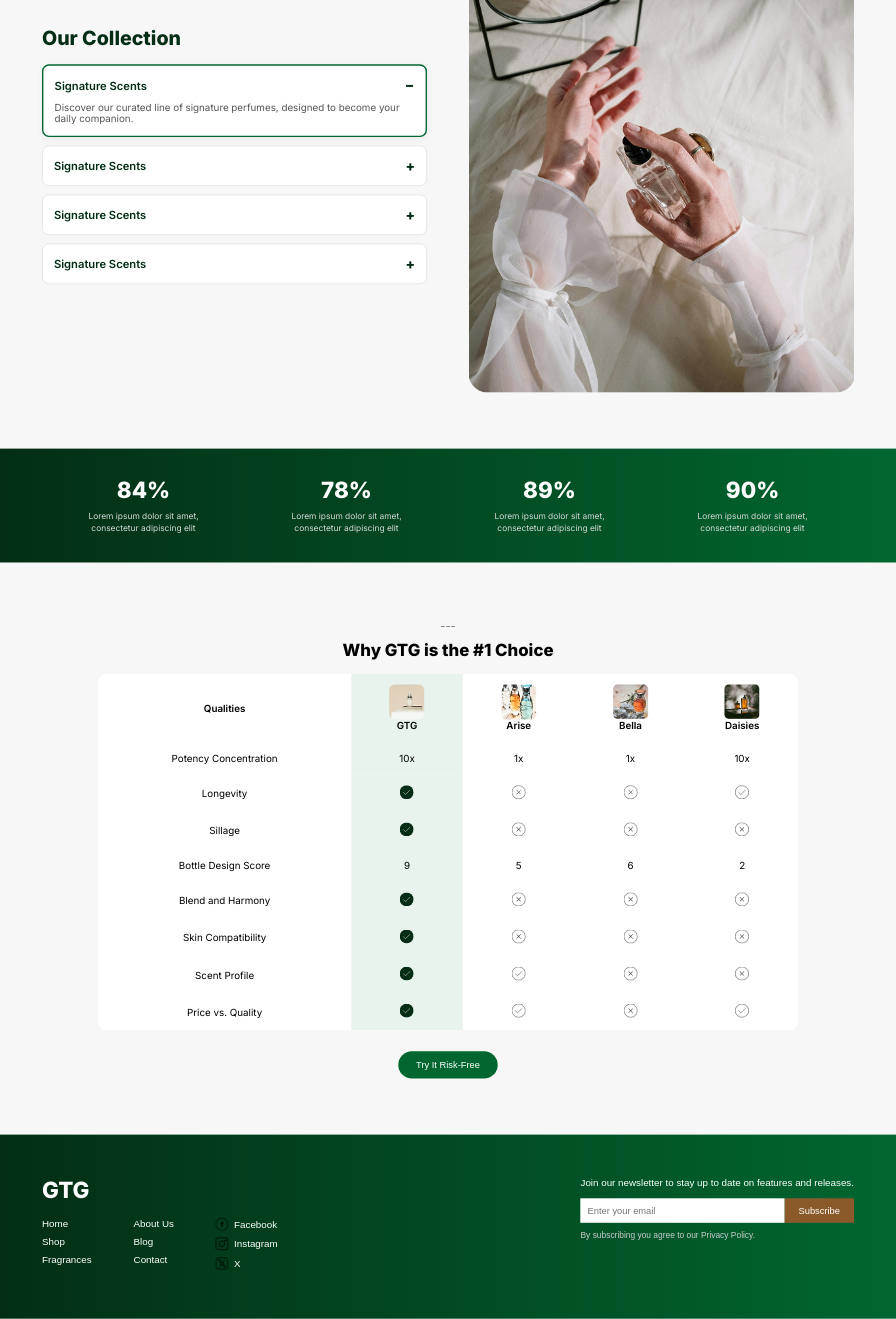
Repository: Prakashadavi/Assignment
Page: index.html
These files come from the project's save history. The page is drawn as it stood at one moment and after a run of saves; the edit follows.
The browser window is 1280 px wide. The pictures show the part of the page from y = 2247 to 4167 px (the page is 4131 px tall before and 4167 px after), at 70% of full size.
A picture or video elsewhere on the page could not be fetched, so the positions and the page height are approximate. Some web fonts or font styles are not loaded; a fallback is used.

Above is the page before, as saved 2026-03-26 12:03:30.

After the next 3 saves:
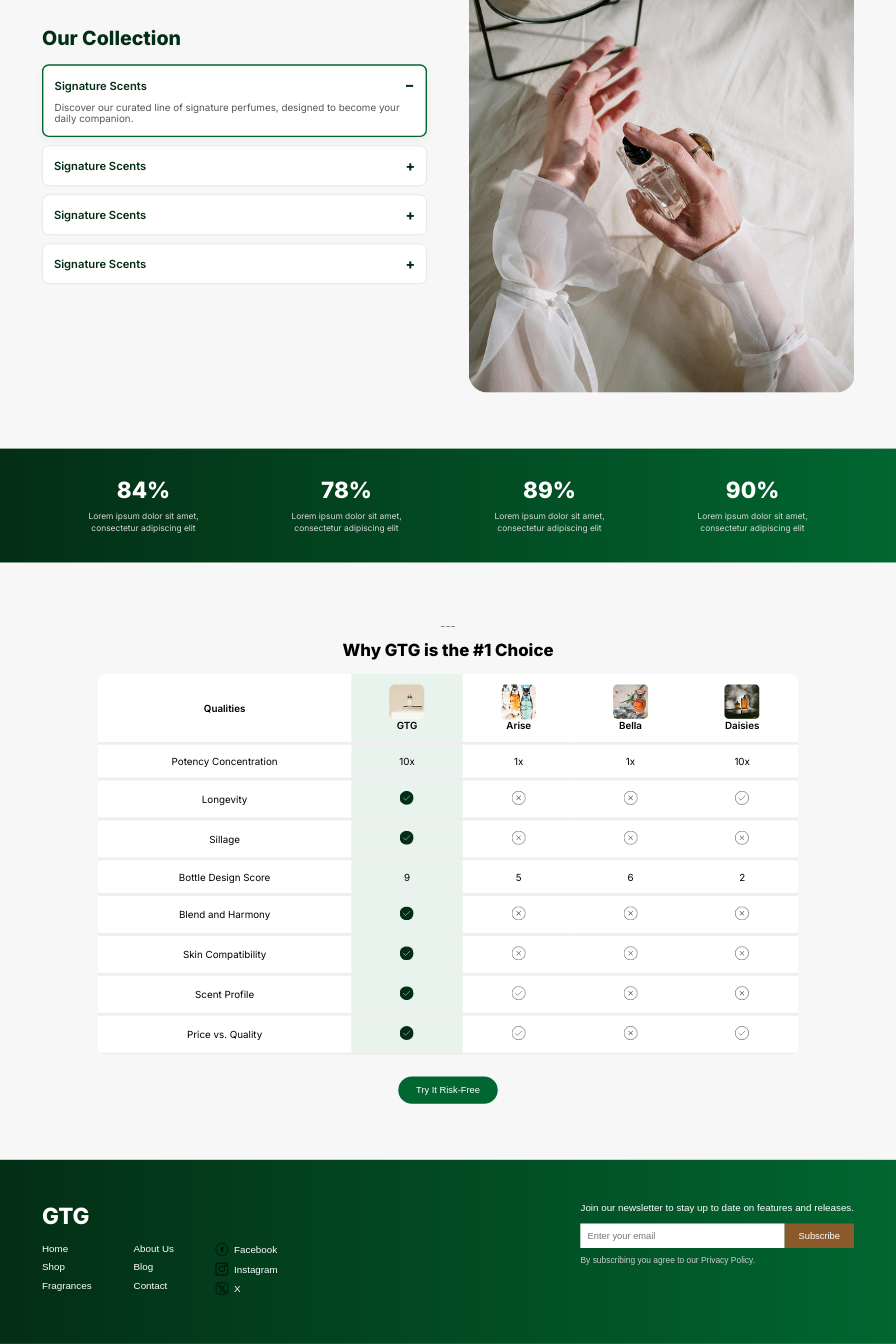
The 3 saves are shown as one change because they came seconds apart.
The last was saved 8 s later.
--- a/style.css
+++ b/style.css
@@ -661,7 +661,7 @@ input[type="radio"]{
 
 .compare-table th,
 .compare-table td{
-  border-bottom:px solid #eee;
+  border-bottom:4px solid #eee;
   padding:15px;
   font-size:14px;
   text-align:center;
